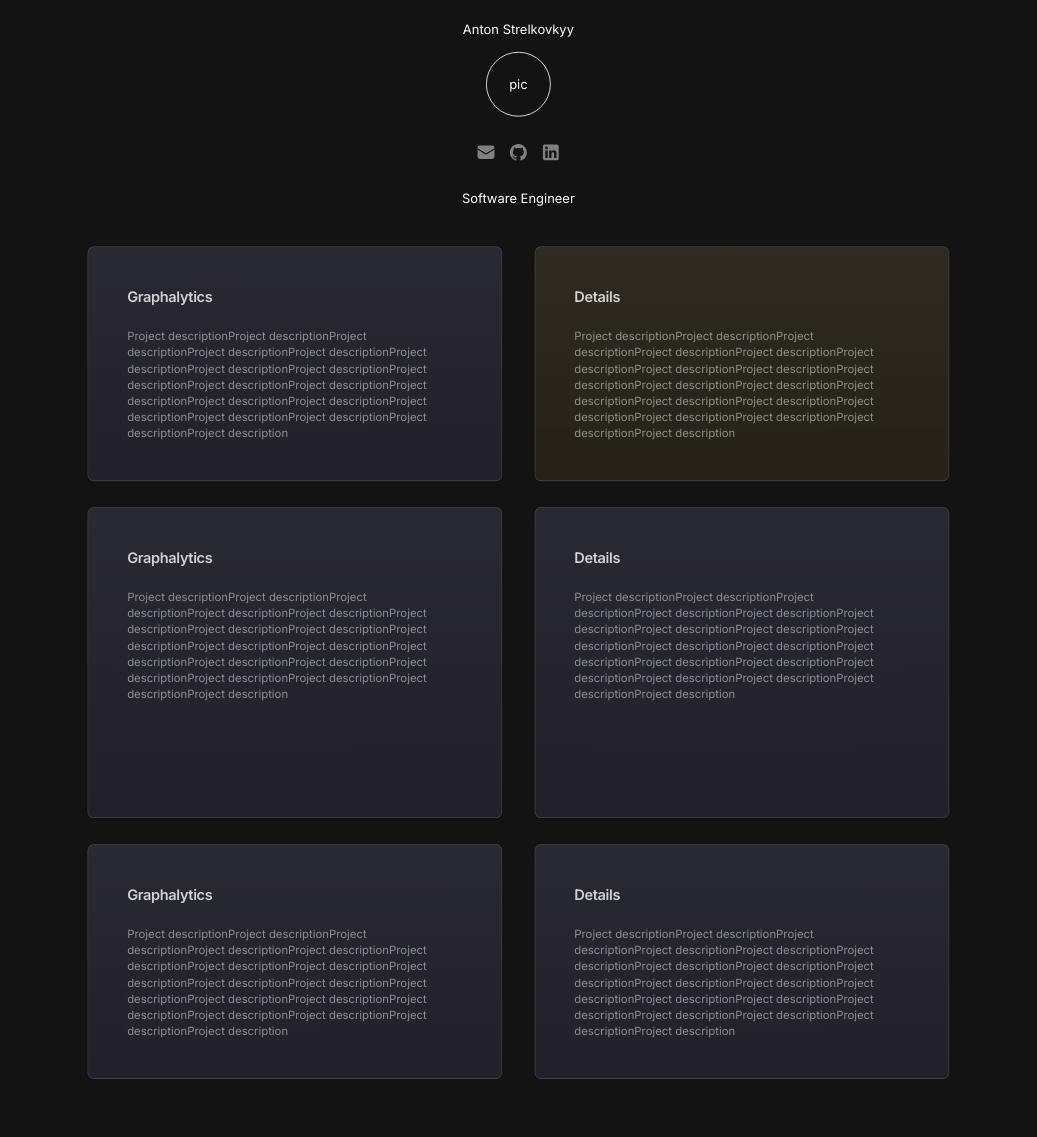
Repository: Fortivera/Anton
Page: /
The author's editor kept a copy of each file at every save. The page is drawn from the files as they stood at one save, then again after the next save.
The browser window is 1280 px wide. The pictures show the whole page, at 81% of full size.
The project was rebuilt for these pictures with package versions that can differ from the ones it lists, and the page was loaded fresh each time. The framework's server and built-in components were replaced by stand-ins that run in the browser. Also part of the build but not shown: next.config.mjs.

Above is the page before, as saved 2024-05-02 15:51:23.

After the next save:
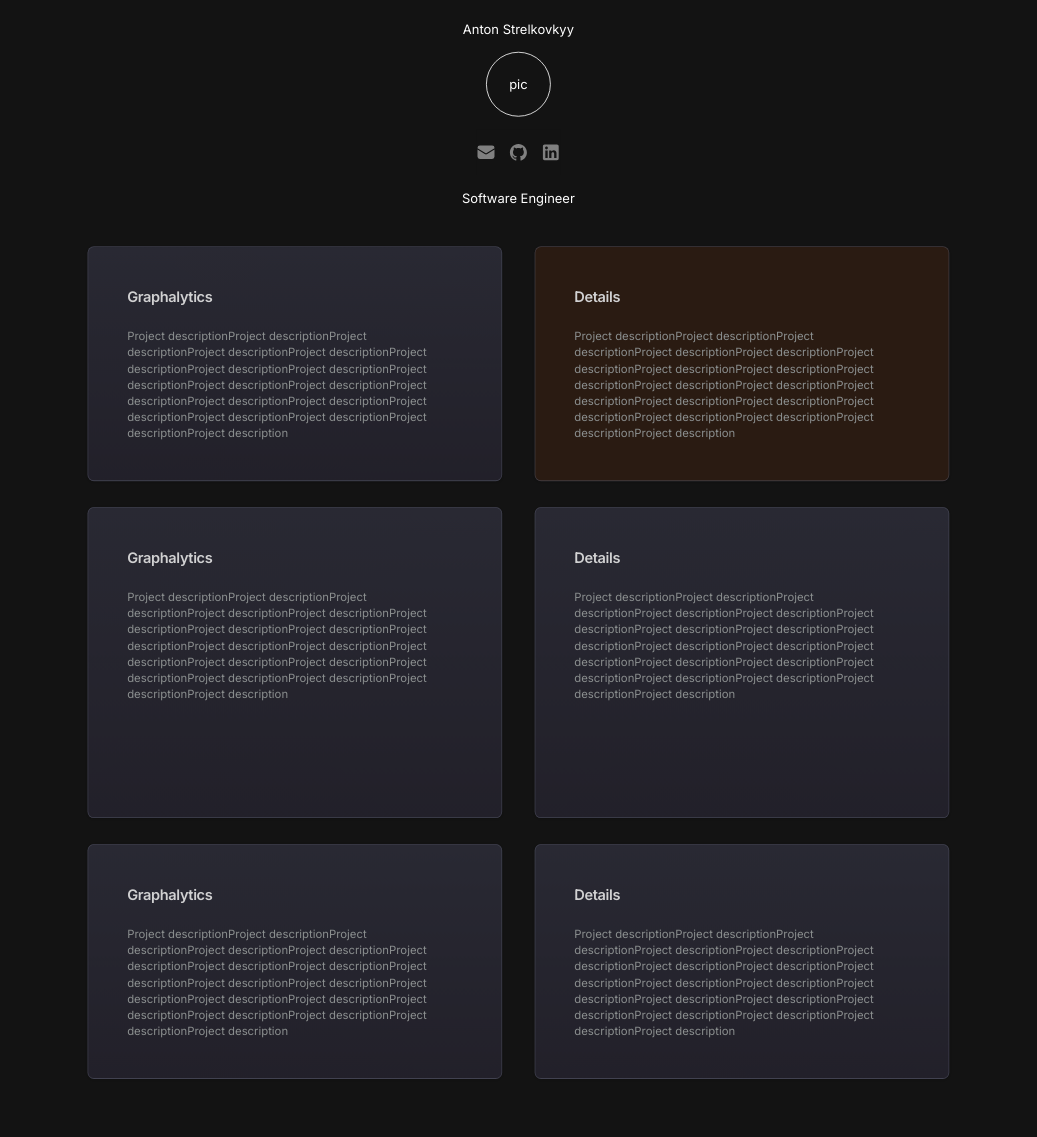
Saved 8 s later.
--- a/app/page.tsx
+++ b/app/page.tsx
@@ -36,7 +36,7 @@
                 </CardDescription>
               </CardContent>
             </Card>
-            <Card className="max-w-lg relative p-6 border rounded-lg bg-opacity-10  border-[#60647872] bg-gradient-to-b from-[#37433566] to-[#222b2165] bg-[#f6630e]">
+            <Card className="max-w-lg relative p-6 border rounded-lg bg-opacity-10  border-[#60647872] bg-gradient-to-b  bg-[#f6630e]">
               <CardHeader>
                 <CardTitle className="text-lg font-semibold text-[#D1D1D2]">Details</CardTitle>
               </CardHeader>

After the save that followed:
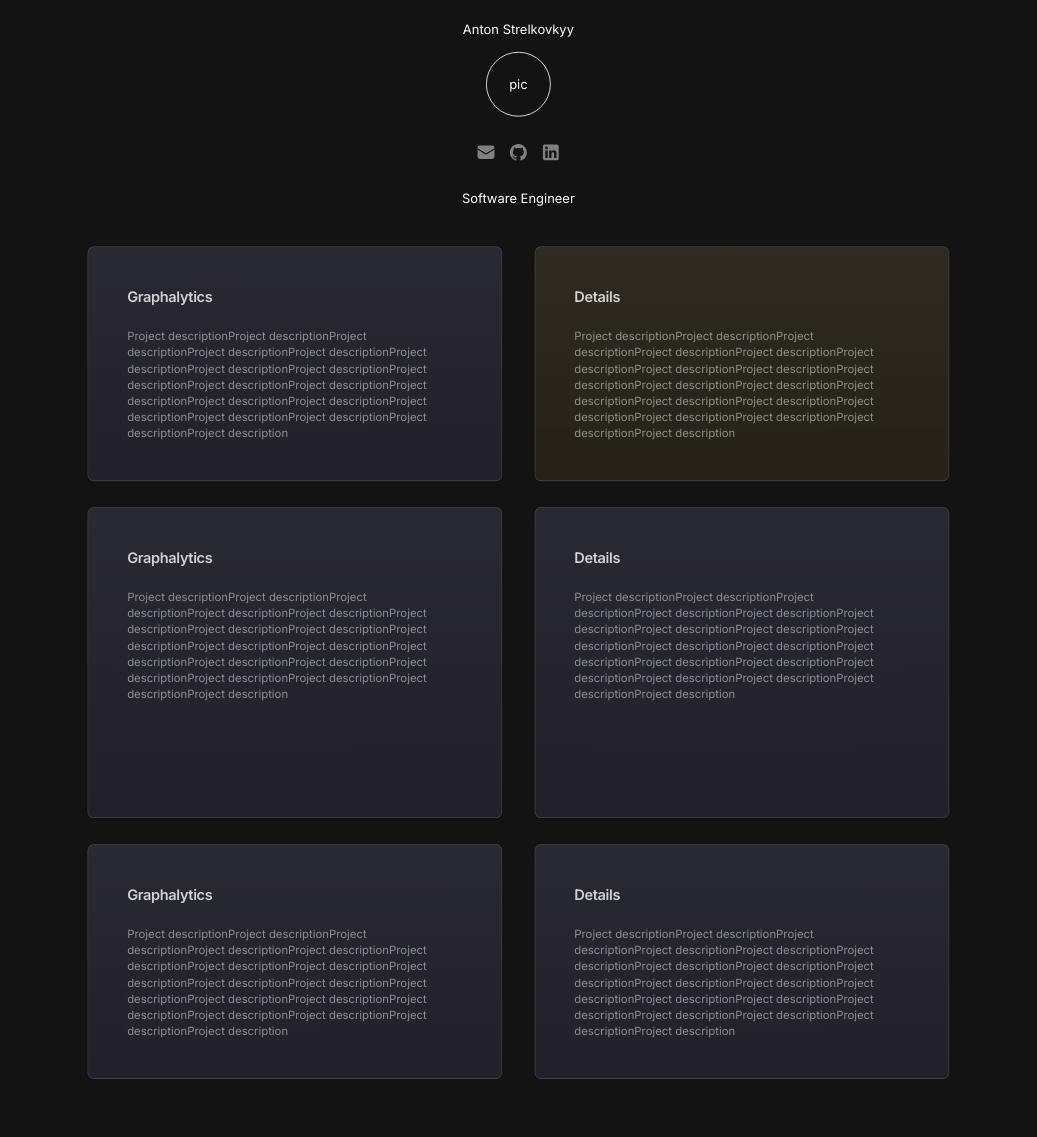
Saved 8 s later.
--- a/app/page.tsx
+++ b/app/page.tsx
@@ -36,7 +36,7 @@
                 </CardDescription>
               </CardContent>
             </Card>
-            <Card className="max-w-lg relative p-6 border rounded-lg bg-opacity-10  border-[#60647872] bg-gradient-to-b  bg-[#f6630e]">
+            <Card className="max-w-lg relative p-6 border rounded-lg bg-opacity-10  border-[#60647872] bg-gradient-to-b from-[#37433566] to-[#222b2165] bg-[#f6630e]">
               <CardHeader>
                 <CardTitle className="text-lg font-semibold text-[#D1D1D2]">Details</CardTitle>
               </CardHeader>
